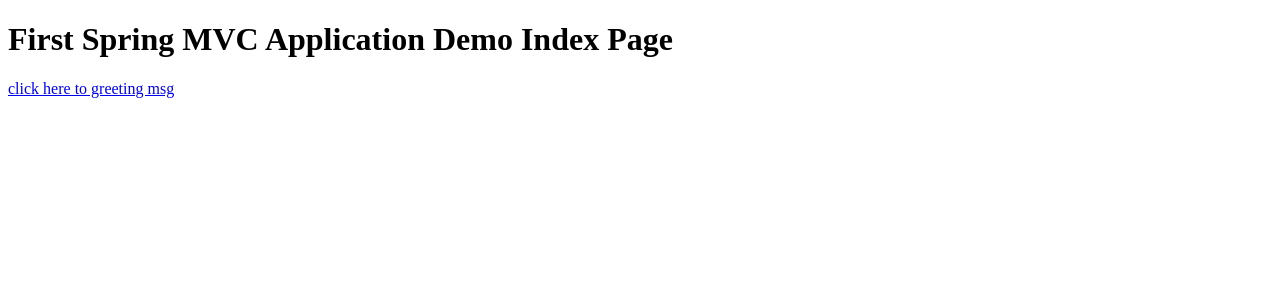
Repository: anujsachan89/Spring-MVC
Page: http://localhost/SpringMVC5/
These files come from the project's save history. The page is drawn as it stood at one moment and after the next save; the edit follows.
The browser window is 1280 px wide. The pictures show the whole page.
The page is served by Tomcat 9.

Above is the page before, as saved 2017-02-03 13:07:19.

After the next save:
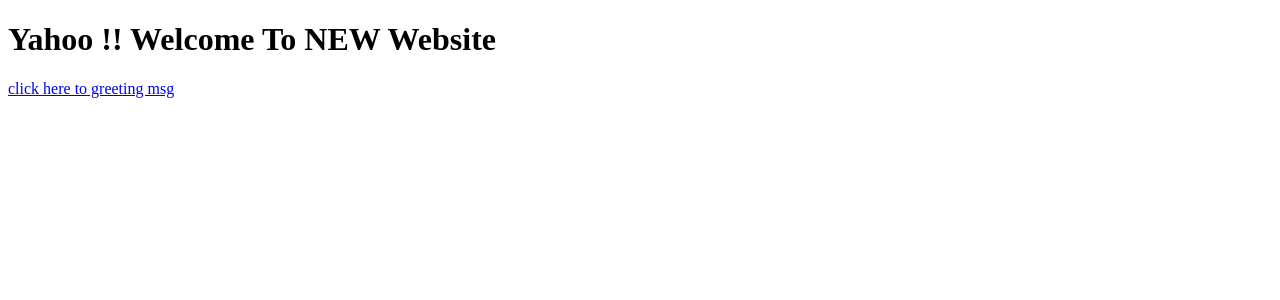
Saved 5 min 19 s later.
--- a/Spring-MVC workspace/SpringMVC5/src/main/webapp/index.jsp
+++ b/Spring-MVC workspace/SpringMVC5/src/main/webapp/index.jsp
@@ -3,7 +3,7 @@
 <!DOCTYPE html PUBLIC "-//W3C//DTD HTML 4.01 Transitional//EN" "http://www.w3.org/TR/html4/loose.dtd">
 <html>
 <body>
-	<h1>First Spring MVC Application Demo Index Page</h1>
+	<h1>Yahoo !! Welcome To NEW Website</h1>
 	<a href="admissionForm">click here to greeting msg</a>
 </body>
 </html>
